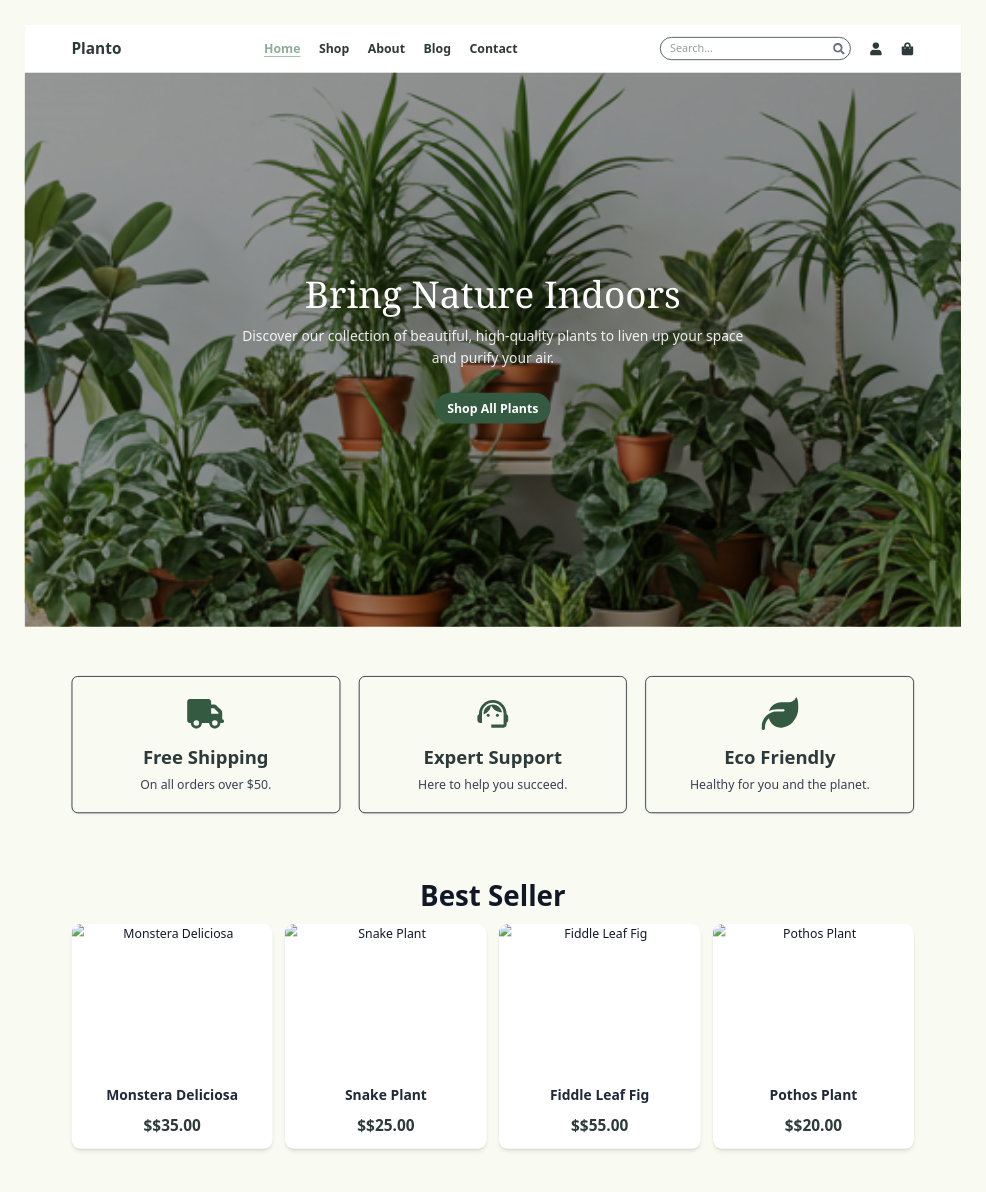
Repository: mazenessam99/Planto
Page: /
An editor plug-in stored every save of this project. The page is shown before and after a run of saves, followed by the edit.
The browser window is 1280 px wide. The pictures show the whole page, at 77% of full size.
The project was rebuilt for these pictures with package versions that can differ from the ones it lists, and the page was loaded fresh each time. Also part of the build but not shown: vite.config.js.

Above is the page before, as saved 2025-11-22 23:23:25.

### index.html
<!doctype html>
<html lang="en">
  <head>
    <meta charset="UTF-8" />
    <link rel="icon" type="image/svg+xml" href="/vite.svg" />
    <meta name="viewport" content="width=device-width, initial-scale=1.0" />
    <title>plants_website</title>
  </head>
  <body>
    <div id="root"></div>
    <script type="module" src="/src/main.jsx"></script>
  </body>
</html>

### src/index.css
@import "tailwindcss";
@import "tailwindcss/theme" layer(theme);
@theme {
  --color-primary: #2D3A3A;
  --color-forest:#386641;
  --color-green:#345A41;
  --color-secondary: #8DB098;
  --color-Terracotta: #C27357;
  --color-sky:#B0D0D3;
  --font-cairo: "Cairo", sans-serif;
  --spacing-128: 32rem;
}

/* ----- BASE ----- */
@layer base {
  body {
    @apply  bg-[#F9FAF1] text-gray-900;
  }
}

/* ----- COMPONENTS ----- */
@layer components {
  .btn {
    @apply bg-primary text-white px-4 py-2 rounded-full cursor-pointer ;
  }
  .btn-green{
    @apply bg-green ;
  }

  .card {
    @apply bg-white p-6 rounded-xl shadow;
  }

}
/* Scrollbar width */
::-webkit-scrollbar {
  width: 8px;
}

/* Scrollbar track  */
::-webkit-scrollbar-track {
  background: #2D3A3A;
  border-radius: 8px;
}

/* Scrollbar thumb  */
::-webkit-scrollbar-thumb {
  background-color: #8DB098;
  border-radius: 8px;
}

::-webkit-scrollbar-thumb:hover {
  background-color: #789983;
}

.container{
  width:90%;
  margin:0 auto;
}

### src/App.jsx

import './App.css'
import Button from './components/ui/Button'
import Home from './pages/Home'

function App() {


  return (
    <>
      <Home/>


    </>
  )
}

export default App

### src/components/ui/Button.jsx
const Button = ({ children, className = "",variant="", ...props }) => {
    return (
        <button className={`btn btn-${variant} ${className}`} {...props}>
            {children}
        </button>
    )
}

export default Button

### src/pages/Home.jsx
import BestSeller from '../components/layout/BestSeller'
import DeliveryCard from '../components/layout/DeliveryCard'
import Hero from '../components/layout/Hero'
import Navbar from '../components/layout/Navbar'

const Home = () => {
  return (
    <div>
        <Navbar/>
        <Hero/>
        <DeliveryCard/>
        <BestSeller/>
    </div>
  )
}

export default Home

### src/components/layout/BestSeller.jsx
import React from 'react'
import { BESTSELLER_CARDS } from '../../utils/constants';
import ProductCard from '../ui/ProductCard';

const BestSeller = () => {
  return (
    <section className='container py-6'>
        <h2 className="text-4xl text-center font-bold mb-4">Best Seller</h2>
        <div className='grid grid-cols-1 sm:grid-cols-2 lg:grid-cols-4 gap-4'>
            {BESTSELLER_CARDS.map((card,index)=>(
                <ProductCard src={card.src} title={card.title} price={card.price}/>
        ))}
        </div>

    </section>
  )
}

export default BestSeller;

### src/components/layout/DeliveryCard.jsx
import { motion } from "framer-motion";
import { DELIVERY_CARDS } from "../../utils/constants";
import { FaTruck, FaLeaf } from "react-icons/fa6";
import { MdSupportAgent } from "react-icons/md";

const icons = {
  truck: <FaTruck />,
  support: <MdSupportAgent />,
  leaf: <FaLeaf />,
};

const DeliveryCards = () => {
  return (
    <section className="container py-16">
      <div className="grid grid-cols-1 sm:grid-cols-2 lg:grid-cols-3 gap-6">
        {DELIVERY_CARDS.map((card, index) => (
          <div key={card.id} className="flex flex-col items-center justify-center text-center p-6 border rounded-lg shadow hover:shadow-lg  transition">
            <div className="text-5xl text-green">
              {icons[card.icon]}
            </div>
            <h3 className="mt-4 mb-2 font-bold text-xl md:text-2xl text-primary">{card.title}</h3>
            <p className="text-gray-700 ">{card.desc}</p>
          </div>
        ))}

      </div>
    </section>
  );
};

export default DeliveryCards;

### src/components/layout/Hero.jsx
import { motion } from "framer-motion";
import HeroImg from "../../assets/images/Hero.png";
import Button from "../ui/Button";

const Hero = () => {
  return (
    <section
      className="relative h-screen overflow-hidden"
    >

      <motion.div
        className="absolute inset-0 bg-cover bg-center"
        style={{ backgroundImage: `url(${HeroImg})` }}
        animate={{ scale: [1, 1.05, 1] }}
        transition={{ duration: 10, repeat: Infinity, ease: "easeInOut" }}
      />

      {/* Overlay */}
      <div className="absolute inset-0 bg-black/40"></div>

      <div className="relative z-10 flex flex-col items-center justify-center h-full px-4 md:px-0 space-y-4 text-center">
        <motion.h1
          initial={{ y: -20, opacity: 0 }}
          animate={{ y: 0, opacity: 1 }}
          transition={{ duration: 0.8 }}
          className="text-white text-2xl md:text-4xl lg:text-5xl font-serif"
        >
          Bring Nature Indoors
        </motion.h1>

        <motion.h2
          initial={{ y: 20, opacity: 0 }}
          animate={{ y: 0, opacity: 1 }}
          transition={{ duration: 0.8, delay: 0.3 }}
          className="text-white/90 text-sm md:text-base lg:text-lg max-w-2xl font-normal"
        >
          Discover our collection of beautiful, high-quality plants to liven up your space and purify your air.
        </motion.h2>

        <motion.div
          initial={{ scale: 0.8, opacity: 0 }}
          animate={{ scale: 1, opacity: 1 }}
          transition={{ duration: 0.5, delay: 0.6 }}
        >
          <Button className="btn-green font-bold mt-4">Shop All Plants</Button>
        </motion.div>
      </div>
    </section>
  );
};

export default Hero;

### src/components/layout/Navbar.jsx
import { useState } from "react";
import { NavLink } from "react-router-dom";
import { NAVBAR_LINKS } from "../../utils/constants";
import { FaBars, FaSearch, FaUser, FaShoppingBag } from "react-icons/fa";
import { IoClose } from "react-icons/io5";
import { motion, AnimatePresence } from "framer-motion";

const Navbar = () => {
    const [menuOpen, setMenuOpen] = useState(false);

    return (
        <nav className="bg-white shadow sticky top-0 z-50 ">
            <div className="container flex justify-between items-center py-4">
                {/* Logo */}
                <a href="/" className="text-primary text-xl font-bold">Planto</a>

                {/* Desktop Links */}
                <ul className="hidden md:flex gap-6 items-center">
                    {NAVBAR_LINKS.map((link) => (
                        <li key={link.id}>
                            <NavLink
                                to={link.path}
                                className={({ isActive }) =>
                                    `text-primary font-semibold transition hover:text-secondary
                                ${isActive ? "text-secondary underline underline-offset-4" : ""}`
                                }
                            >
                                {link.label}
                            </NavLink>
                        </li>
                    ))}
                </ul>

                {/* Desktop Icons + Search */}
                <div className="hidden md:flex gap-6 items-center text-primary">
                    {/* Search input */}
                    <div className="relative">
                        <input
                            type="text"
                            placeholder="Search..."
                            className="border rounded-full pl-3 pr-8 py-1 text-sm focus:outline-none focus:ring-2 focus:ring-secondary"
                        />
                        <FaSearch size={15} className="absolute right-2 top-2 text-gray-500" />
                    </div>

                    <FaUser size={17} className="cursor-pointer hover:text-secondary" />
                    <FaShoppingBag size={17} className="cursor-pointer hover:text-secondary" />
                </div>

                {/* Mobile menu button */}
                <button
                    className="md:hidden text-primary"
                    onClick={() => setMenuOpen(true)}
                    aria-label="Open menu"
                    aria-expanded={menuOpen}
                >
                    <FaBars size={22} />
                </button>
            </div>

            {/* Mobile overlay + drawer (AnimatePresence for exit animation) */}
            <AnimatePresence>
                {menuOpen && (
                    <motion.div
                        className="md:hidden fixed inset-0 z-40"
                        initial={{ opacity: 0 }}
                        animate={{ opacity: 1 }}
                        exit={{ opacity: 0 }}
                        onClick={() => setMenuOpen(false)}
                    >
                        {/* Drawer */}
                        <motion.div
                            className="bg-white w-72 h-full shadow-lg p-6"
                            initial={{ x: "-100%" }}
                            animate={{ x: 0 }}
                            exit={{ x: "-100%" }}
                            transition={{ type: "linear", duration: 0.4 }}
                            onClick={(e) => e.stopPropagation()}
                        >
                            {/* Close */}
                            <div className="flex justify-between items-center mb-6">
                                <a href="/" className="text-lg font-bold text-primary">Planto</a>
                                <button onClick={() => setMenuOpen(false)} aria-label="Close menu">
                                    <IoClose size={26} className="text-primary" />
                                </button>
                            </div>

                            {/* Mobile Search */}
                            <div className="mb-4">
                                <div className="relative">
                                    <input
                                        type="text"
                                        placeholder="Search..."
                                        className="w-full border rounded-full pl-3 pr-8 py-2 text-sm focus:outline-none focus:ring-2 focus:ring-secondary"
                                    />
                                    <FaSearch size={15} className="absolute right-3 top-3 text-gray-500" />
                                </div>
                            </div>

                            {/* Links */}
                            <ul className="flex flex-col gap-4 text-primary font-semibold">
                                {NAVBAR_LINKS.map((link) => (
                                    <li key={link.id}>
                                        <NavLink
                                            to={link.path}
                                            onClick={() => setMenuOpen(false)}
                                            className={({ isActive }) =>
                                                `block py-2 ${isActive ? "text-secondary" : ""}`
                                            }
                                        >
                                            {link.label}
                                        </NavLink>
                                    </li>
                                ))}
                            </ul>

                            {/* Icons */}
                            <div className="flex gap-4 mt-6 text-primary">
                                <FaUser size={18} />
                                <FaShoppingBag size={18} />
                            </div>
                        </motion.div>
                    </motion.div>
                )}
            </AnimatePresence>
        </nav>
    );
};

export default Navbar;

### src/utils/constants.js
import img1 from "../../src/assets/images/Featured_1.png";
import img2 from "../../src/assets/images/Featured_2.png";
import img3 from "../../src/assets/images/Featured_3.png";
import img4 from "../../src/assets/images/Featured_4.png";
// Navbar_Links
export const NAVBAR_LINKS = [
    { id: 1, label: 'Home', path: '/' },
    { id: 2, label: 'Shop', path: '/shop' },
    { id: 3, label: 'About', path: '/about' },
    { id: 4, label: 'Blog', path: '/blog' },
    { id: 5, label: 'Contact', path: '/contact' },
];

// Delivery_Cards
export const DELIVERY_CARDS = [
    { id: 1, icon: "truck", title: "Free Shipping", desc: "On all orders over $50." },
    { id: 2, icon: "support", title: "Expert Support", desc: "Here to help you succeed." },
    { id: 3, icon: "leaf", title: "Eco Friendly", desc: "Healthy for you and the planet." },
];

// BESTSELLER_CARDS
export const BESTSELLER_CARDS=[
    {id:1,src:img1,title:'Monstera Deliciosa',price:'$35.00'},
    {id:2,src:img2,title:'Snake Plant',price:'$25.00'},
    {id:3,src:img3,title:'Fiddle Leaf Fig',price:'$55.00'},
    {id:4,src:img4,title:'Pothos Plant',price:'$20.00'}
]

### src/components/ui/ProductCard.jsx
export default function ProductCard({
  image,
  title,
  price,
  button = false,
  buttonLabel = "Add to cart",
  onButtonClick,
}) {
  return (
    <div className="bg-white rounded-xl shadow-md overflow-hidden hover:shadow-xl transition-all duration-300">

      {/* الصورة - بدون padding - FULL WIDTH */}
      <div className="w-full h-48">
        <img
          src={image}
          alt={title}
          className="w-full h-full object-cover hover:scale-110 transition-all duration-500"
        />
      </div>

      {/* المحتوى فقط هو اللي واخد padding */}
      <div className="p-4 flex flex-col gap-3">

        {/* العنوان */}
        <h3 className="text-lg font-semibold text-gray-800">{title}</h3>

        {/* السعر */}
        <p className="text-primary font-bold text-xl">${price}</p>

        {/* زرار اختياري */}
        {button && (
          <button
            onClick={onButtonClick}
            className="mt-2 bg-primary text-white py-2 px-4 rounded-lg hover:bg-primary/80 transition"
          >
            {buttonLabel}
          </button>
        )}
      </div>

    </div>
  );
}

Loaded but not shown: src/main.jsx (common file); src/App.css (common file)

After the next 2 saves:
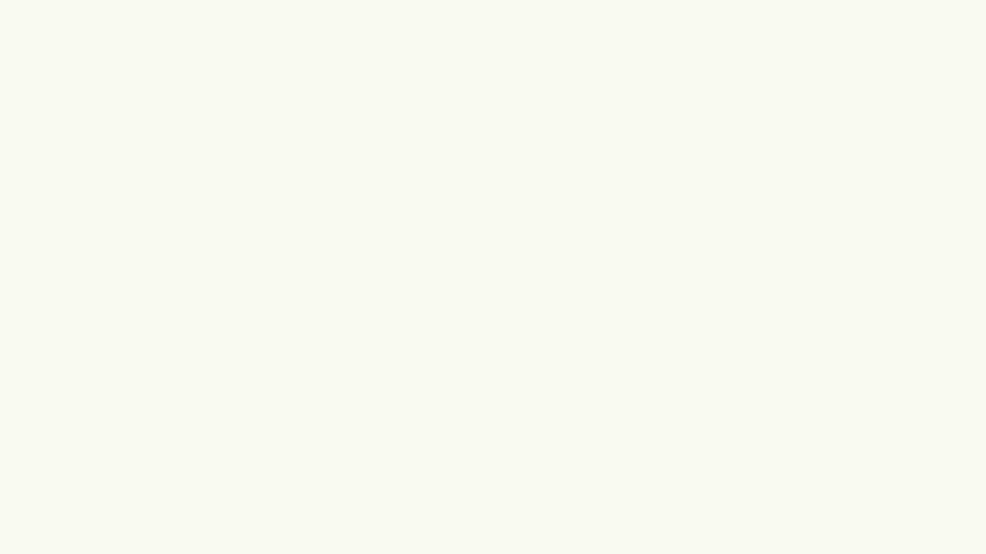
Console error: ReferenceError: src is not defined
The 2 saves are shown as one change because they came seconds apart.
The last was saved 13 s later.
--- a/src/components/ui/ProductCard.jsx
+++ b/src/components/ui/ProductCard.jsx
@@ -12,7 +12,7 @@ export default function ProductCard({
       {/* الصورة - بدون padding - FULL WIDTH */}
       <div className="w-full h-48">
         <img
-          src={image}
+          src={src}
           alt={title}
           className="w-full h-full object-cover hover:scale-110 transition-all duration-500"
         />

After the 2 saves that followed:
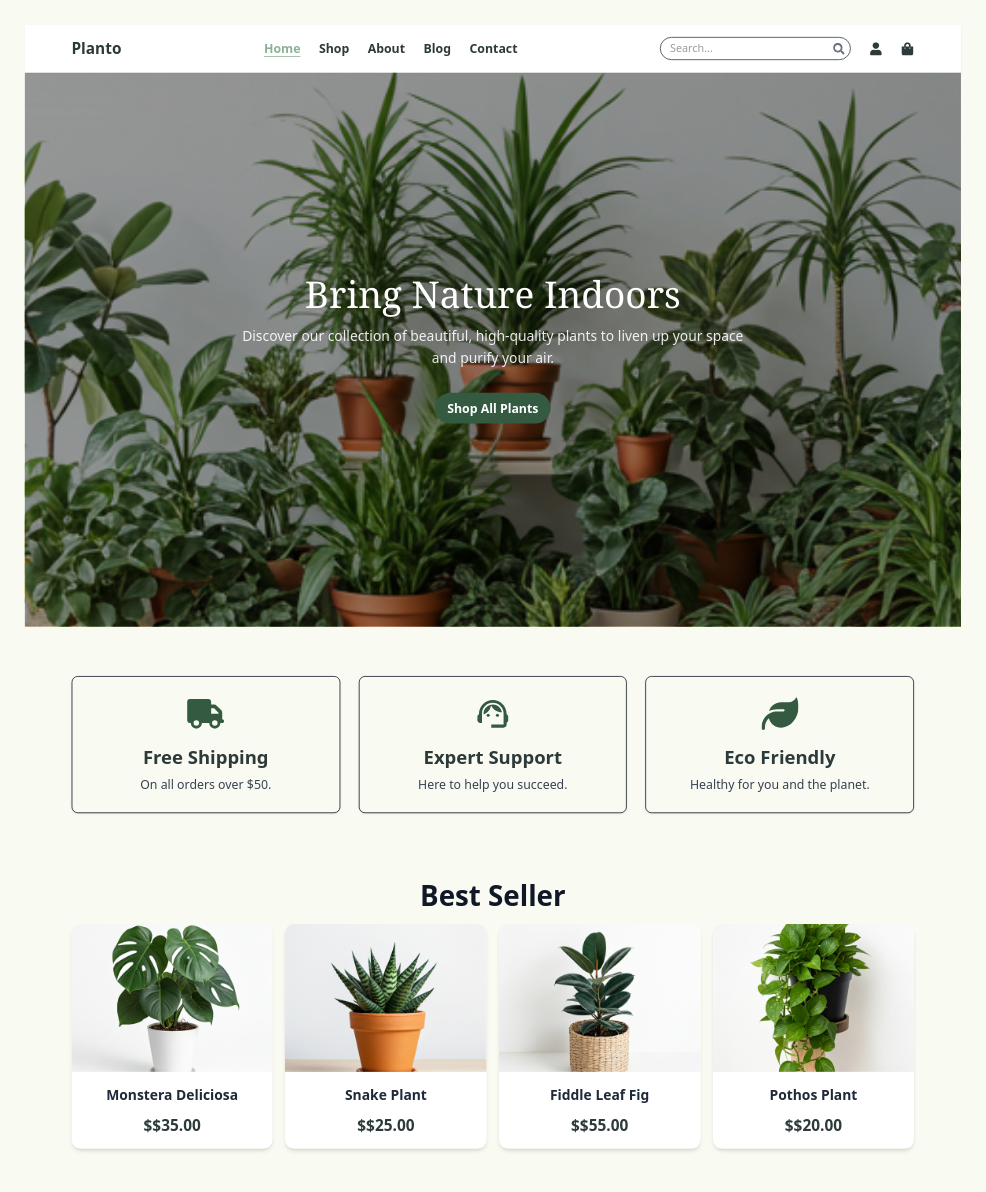
The error is gone.
The 2 saves are shown as one change because they came seconds apart.
The last was saved 5 s later.
--- a/src/components/ui/ProductCard.jsx
+++ b/src/components/ui/ProductCard.jsx
@@ -1,5 +1,5 @@
 export default function ProductCard({
-  image,
+  src,
   title,
   price,
   button = false,
